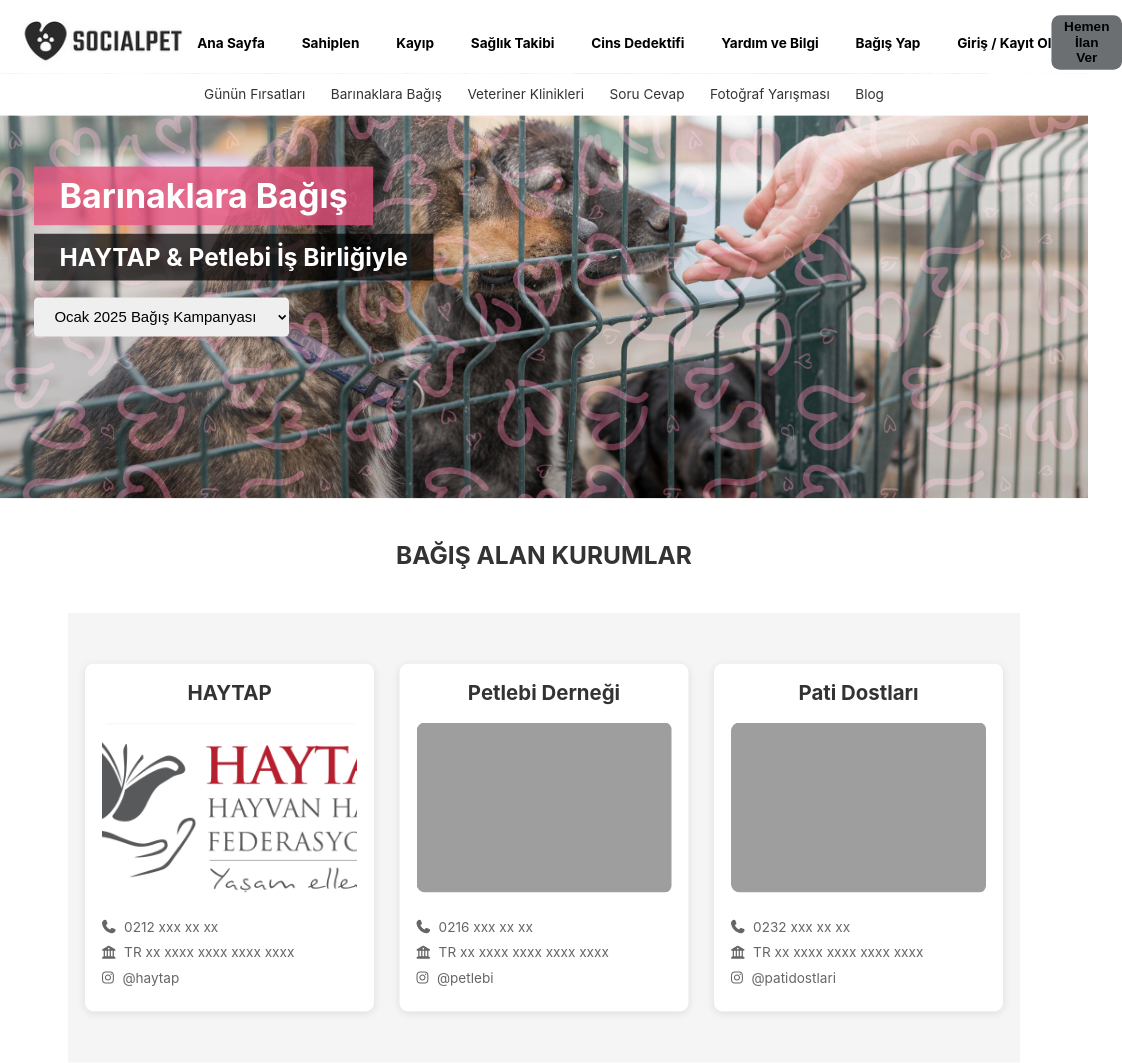
Repository: utkucaa/socialpet-frontend
Page: /donate (app in petweb/petweb/)
An editor plug-in stored every save of this project. The page is shown before and after the next save, followed by the edit.
The browser window is 1280 px wide. The page is 1320 px wide, so the pictures cover 1320 px, including what lies to the right of the window. The pictures show the whole page, at 85% of full size.
Pictures or frames that could not be fetched are drawn as grey boxes. The project was rebuilt for these pictures with package versions that can differ from the ones it lists, and the page was loaded fresh each time. Also part of the build but not shown: petweb/petweb/src/Components/Login/Login.jsx, petweb/petweb/src/Components/Intro/Intro.css, petweb/petweb/src/Components/Intro/Intro.jsx, petweb/petweb/src/Components/Register/Register.jsx, petweb/petweb/src/Components/Profile/ProfilePage.jsx, petweb/petweb/src/Components/Adoption/Header.css, petweb/petweb/src/Components/Adoption/Header.jsx, petweb/petweb/src/Components/Adoption/Stats.css and 30 more. Imported but missing from the stored project, and not drawn on this page: petweb/petweb/src/Components/AdoptionSteps.

Above is the page before, as saved 2025-01-09 21:53:56.

After the next save:
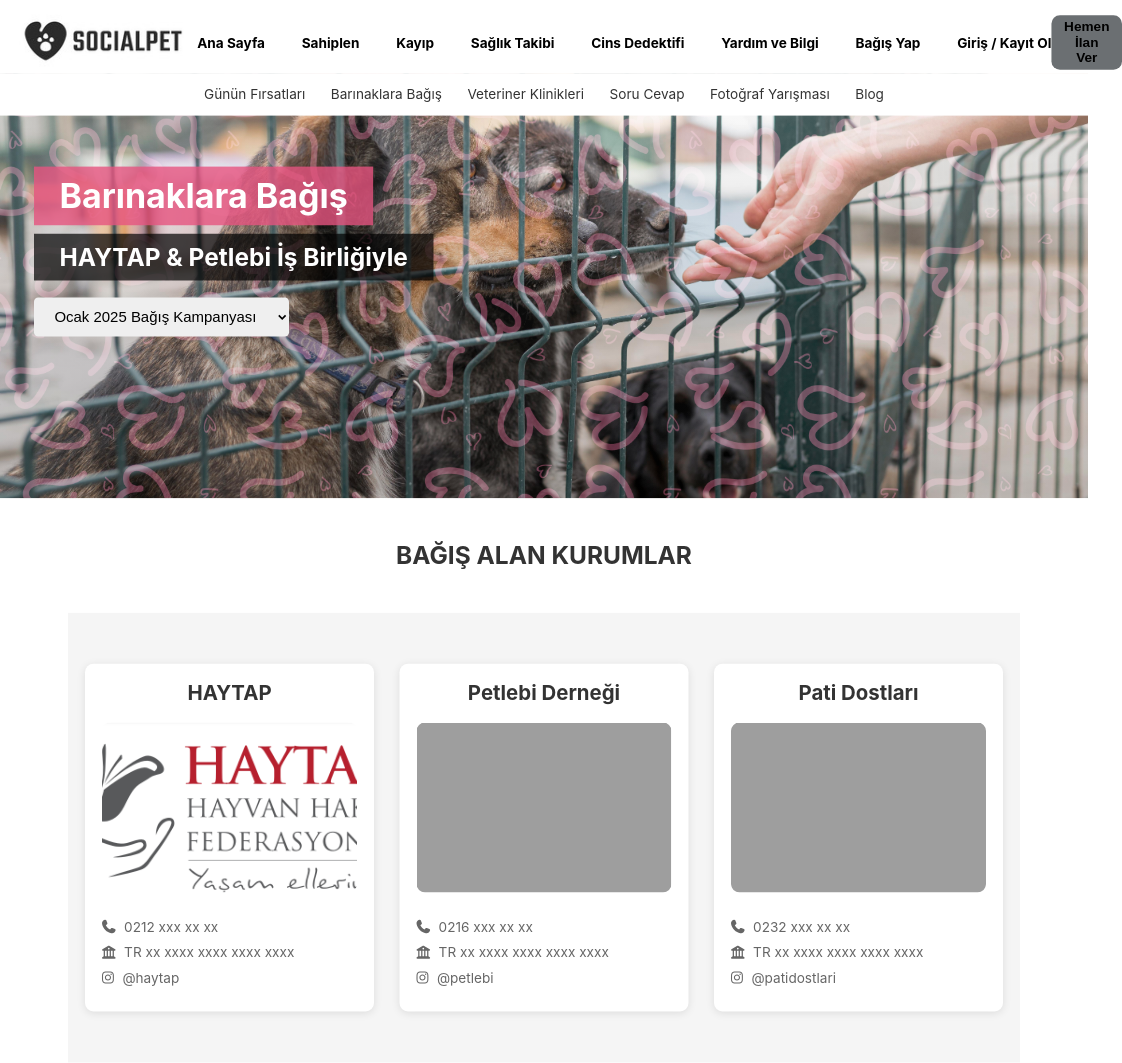
Saved 8 s later.
--- a/petweb/petweb/src/Components/Donate/Donate.css
+++ b/petweb/petweb/src/Components/Donate/Donate.css
@@ -238,7 +238,7 @@
   }
 
   .card-image img {
-    width: 350px; /* Genişlik */
+    width: 300px; /* Genişlik */
     height: 200px; /* Yükseklik */
     object-fit: cover; /* Resmi kare alanda düzgün şekilde yerleştirir */
     border-radius: 10px; /* Kenarları yuvarlamak için opsiyonel */
